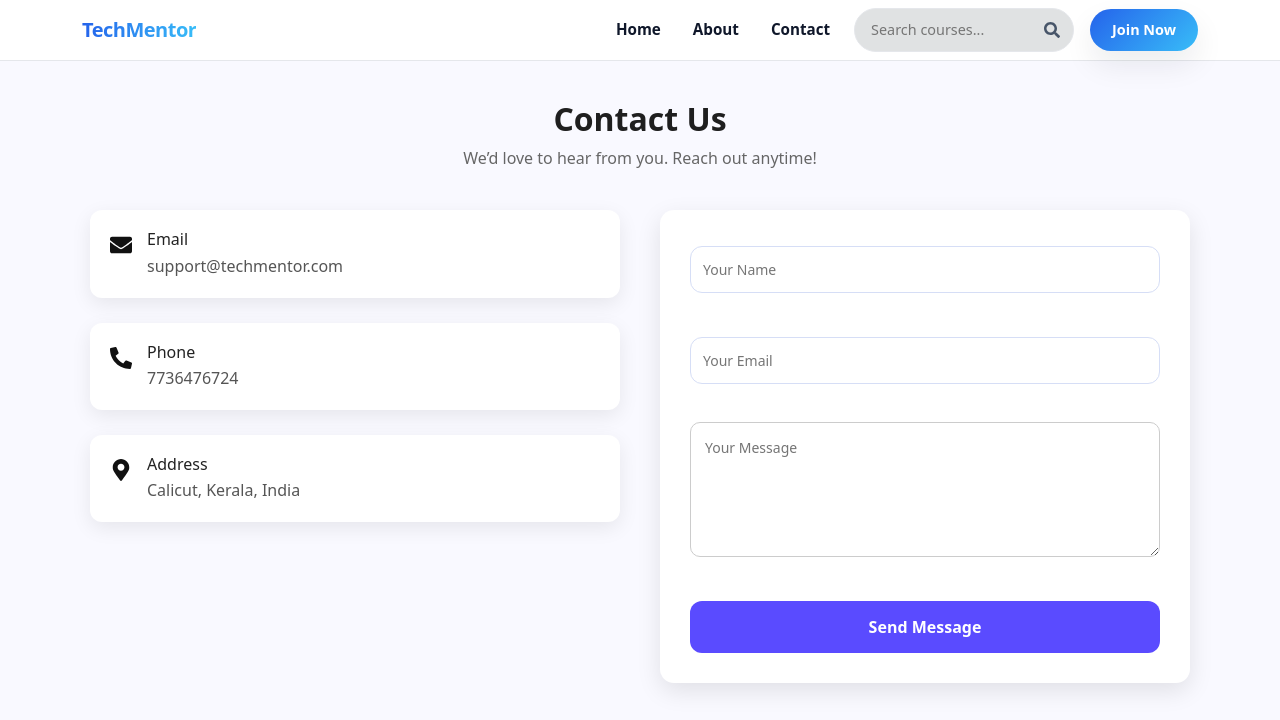
Repository: Aswin74k/project-2
Page: /#/contact
An editor plug-in stored every save of this project. The page is shown before and after the next save, followed by the edit.
The browser window is 1280 px wide. The pictures show the whole page.
The project was rebuilt for these pictures with package versions that can differ from the ones it lists, and the page was loaded fresh each time. Also part of the build but not shown: vite.config.js, src/project/Home.jsx, src/project/Course.jsx, src/project/About.css, src/project/About.jsx, src/project/Enroll.jsx, src/project/ProtectedRoute.jsx.

Above is the page before, as saved 2026-01-06 20:48:09.

### src/main.jsx
import React from "react";
import ReactDOM from "react-dom/client";
import { HashRouter } from "react-router-dom";   // ✅ CHANGE HERE
import App from "./project/App";
import { AuthProvider } from "./context/AuthContext";
import "bootstrap/dist/css/bootstrap.min.css";

ReactDOM.createRoot(document.getElementById("root")).render(
  <React.StrictMode>
    <HashRouter>
      <AuthProvider>
        <App />
      </AuthProvider>
    </HashRouter>
  </React.StrictMode>
);

### src/project/App.jsx
import React from "react";
import { Routes, Route, useLocation } from "react-router-dom";
import EduNavbar from "./EduNavbar";

import Home from "./Home";
import Course from "./Course";
import About from "./About";
import Contact from "./Contact";
import Enroll from "./Enroll";

import ProtectedRoute from "./ProtectedRoute";

export default function App() {
  const location = useLocation();

  // Pages where Navbar should NOT appear
  const hideNavbarRoutes = ["/enroll"];

  const shouldHideNavbar = hideNavbarRoutes.includes(location.pathname);

  return (
    <>
      {/* Navbar */}
      {!shouldHideNavbar && <EduNavbar />}

      <Routes>
        {/* PUBLIC ROUTES */}
        <Route path="/" element={<Home />} />
        <Route path="/courses/:id" element={<Course />} />
        <Route path="/about" element={<About />} />
        <Route path="/contact" element={<Contact />} />

        {/* PROTECTED ROUTE */}
        <Route
          path="/enroll"
          element={
            <ProtectedRoute>
              <Enroll />
            </ProtectedRoute>
          }
        />
      </Routes>
    </>
  );
}

### src/context/AuthContext.jsx
import { createContext, useContext, useState, useEffect } from "react";

const AuthContext = createContext();

export function AuthProvider({ children }) {
  const [user, setUser] = useState(null);
  const [loading, setLoading] = useState(true);

  useEffect(() => {
    const savedUser = JSON.parse(
      localStorage.getItem("loggedInUser")
    );
    if (savedUser) setUser(savedUser);
    setLoading(false);
  }, []);

  const login = (email, password) => {
    const users =
      JSON.parse(localStorage.getItem("registeredUsers")) || [];

    const foundUser = users.find(
      (u) => u.email === email && u.password === password
    );

    if (!foundUser) {
      return { success: false, message: "Invalid email or password" };
    }

    localStorage.setItem(
      "loggedInUser",
      JSON.stringify(foundUser)
    );
    setUser(foundUser);

    return {
      success: true,
      message: `Welcome back, ${foundUser.firstName}`,
    };
  };

  const signup = (data) => {
    const users =
      JSON.parse(localStorage.getItem("registeredUsers")) || [];

    if (users.some((u) => u.email === data.email)) {
      return {
        success: false,
        message: "User already exists with this email!",
      };
    }

    users.push(data);
    localStorage.setItem(
      "registeredUsers",
      JSON.stringify(users)
    );

    localStorage.setItem(
      "loggedInUser",
      JSON.stringify(data)
    );
    setUser(data);

    return {
      success: true,
      message: "Account created successfully",
    };
  };

  const logout = () => {
    localStorage.removeItem("loggedInUser");
    setUser(null);
  };

  return (
    <AuthContext.Provider
      value={{ user, login, signup, logout, loading }}
    >
      {children}
    </AuthContext.Provider>
  );
}

export const useAuth = () => useContext(AuthContext);

### src/project/Contact.jsx
import React, { useState } from "react";
import { useForm } from "react-hook-form";
import emailjs from "emailjs-com";
import { FaEnvelope, FaPhoneAlt, FaMapMarkerAlt } from "react-icons/fa";
import "./contact.css";

export default function Contact() {
  const [status, setStatus] = useState("");
  const [statusType, setStatusType] = useState("");

  const {
    register,
    handleSubmit,
    reset,
    formState: { errors, isSubmitting },
  } = useForm({
    mode: "onBlur",
  });

  const onSubmit = async (data) => {
    setStatus("");
    setStatusType("");

    try {
      await emailjs.send(
        "service_31jicom",
        "template_7uyno6u",
        data,
        "sTTzV7QdAk2Jx3lZL"
      );

      setStatus("Message sent successfully!");
      setStatusType("success");
      reset();
    } catch (err) {
      setStatus("Failed to send message. Please try again.");
      setStatusType("error");
    }

    setTimeout(() => {
      setStatus("");
      setStatusType("");
    }, 3000);
  };

  return (
    <div className="contact-page">
      <h2 className="contact-title">Contact Us</h2>
      <p className="contact-subtitle">
        We’d love to hear from you. Reach out anytime!
      </p>

      <div className="contact-container">
        {/* LEFT INFO */}
        <div className="contact-info">
          <div className="info-box">
            <FaEnvelope />
            <div>
              <h4>Email</h4>
              <p>support@techmentor.com</p>
            </div>
          </div>

          <div className="info-box">
            <FaPhoneAlt />
            <div>
              <h4>Phone</h4>
              <p>7736476724</p>
            </div>
          </div>

          <div className="info-box">
            <FaMapMarkerAlt />
            <div>
              <h4>Address</h4>
              <p>Calicut, Kerala, India</p>
            </div>
          </div>
        </div>

        {/* FORM */}
        <form className="contact-form" onSubmit={handleSubmit(onSubmit)} noValidate>

          {/* NAME */}
          <div className="form-group">
            <input
              type="text"
              placeholder="Your Name"
              className={errors.name ? "error" : ""}
              {...register("name", {
                required: "Name is required",
                minLength: {
                  value: 3,
                  message: "Name must be at least 3 characters",
                },
                pattern: {
                  value: /^[A-Za-z ]+$/,
                  message: "Only letters allowed",
                },
              })}
            />

            <span className="field-error">
              {errors.name?.message || ""}
            </span>
          </div>

          <div className="form-group">
            <input
              type="email"
              placeholder="Your Email"
              className={errors.email ? "error" : ""}
              {...register("email", {
                required: "Email is required",
                pattern: {
                  value: /^[^\s@]+@[^\s@]+\.[^\s@]+$/,
                  message: "Enter a valid email",
                },
              })}
            />

            <span className="field-error">
              {errors.email?.message || ""}
            </span>
          </div>

          <div className="form-group">
            <textarea
              rows="5"
              placeholder="Your Message"
              className={errors.message ? "error" : ""}
              {...register("message", {
                required: "Message cannot be empty",
                minLength: {
                  value: 10,
                  message: "Minimum 10 characters required",
                },
              })}
            />

            <span className="field-error">
              {errors.message?.message || ""}
            </span>
          </div>

          <button type="submit" disabled={isSubmitting}>
            {isSubmitting ? "Sending..." : "Send Message"}
          </button>

          {status && (
            <p className={`status-msg ${statusType}`}>{status}</p>
          )}
        </form>
      </div>
    </div>
  );
}

### src/project/course.css
.course-container {
  font-family: "Poppins", sans-serif;
  background: #f4f7ff;
}

/* HERO */
.course-header {
  background: linear-gradient(135deg, #0d6efd, #002f8f);
  padding: 90px 20px;
  border-radius: 0 0 40px 40px;
  color: #fff;
}

.course-hero {
  max-width: 1100px;
  margin: auto;
  text-align: center;
}

.course-title {
  font-size: 52px;
  font-weight: 800;
}

.course-subtitle {
  font-size: 20px;
  margin: 16px auto;
  max-width: 700px;
}

.course-trust {
  font-size: 15px;
  opacity: 0.9;
  margin-bottom: 35px;
}

.course-stats {
  display: flex;
  justify-content: center;
  gap: 30px;
  flex-wrap: wrap;
}

.course-stats div {
  background: rgba(255,255,255,0.15);
  padding: 18px 26px;
  border-radius: 16px;
}

/* CONTENT */
.course-content {
  max-width: 1100px;
  margin: 60px auto;
  padding: 0 20px;
  display: flex;
  flex-direction: column;
  gap: 35px;
}

.info-box,
.syllabus-box,
.career-box {
  background: #fff;
  padding: 32px;
  border-radius: 22px;
  box-shadow: 0 10px 30px rgba(0,0,0,0.08);
}

.info-box h3,
.syllabus-box h3,
.career-box h3 {
  color: #0d6efd;
  font-size: 26px;
  margin-bottom: 16px;
}

.why-course {
  background: linear-gradient(135deg, #eef4ff, #fff);
  padding: 32px;
  border-radius: 22px;
}

.why-grid {
  display: grid;
  grid-template-columns: repeat(auto-fit, minmax(220px,1fr));
  gap: 16px;
}

.why-grid div {
  background: #fff;
  padding: 18px;
  border-radius: 14px;
  box-shadow: 0 8px 20px rgba(0,0,0,0.06);
}

.syllabus-box li {
  position: relative;
  padding-left: 26px;
  margin-bottom: 12px;
}

.syllabus-box li::before {
  content: "✔";
  position: absolute;
  left: 0;
  color: #0d6efd;
}

.career-tags {
  display: flex;
  flex-wrap: wrap;
  gap: 12px;
}

.career-tags span {
  background: #eef4ff;
  padding: 10px 16px;
  border-radius: 20px;
  font-size: 14px;
}

/* ENROLL */
.enroll-card {
  background: #fff;
  padding: 30px;
  border-radius: 22px;
  box-shadow: 0 14px 40px rgba(0,0,0,0.12);
  max-width: 480px;
}

.enroll-details {
  display: flex;
  justify-content: space-between;
}

.enroll-main-btn {
  width: 50%;
  padding: 14px;
  margin-top: 18px;
  background: linear-gradient(135deg, #0d6efd, #0047c2);
  border: none;
  border-radius: 14px;
  color: #fff;
  font-weight: 600;
  cursor: pointer;
}

.enroll-main-btn:hover {
  transform: translateY(-3px);
  box-shadow: 0 12px 30px rgba(13,110,253,0.4);
}

@media (min-width: 992px) {
  .enroll-card {
    position: sticky;
    top: 120px;
  }
}

.not-found {
  text-align: center;
  margin: 100px 0;
}

### src/project/contact.css
/* =====================================================
   GLOBAL RESET & SAFETY
===================================================== */
* {
  box-sizing: border-box;
}

html,
body {
  width: 100%;
  overflow-x: hidden;
  margin: 0;
  padding: 0;
}

/* =====================================================
   PAGE WRAPPER
   - Avoid unnecessary vertical scroll
===================================================== */
.contact-page {
  padding: 100px 20px 60px;
  background: #f9f9ff;
  min-height: calc(100vh - 160px); /* 100 + 60 padding fix */
  width: 100%;
}

/* =====================================================
   PAGE TITLE
===================================================== */
.contact-title {
  text-align: center;
  font-size: 32px;
  font-weight: 700;
  color: #1f1f1f;
}

.contact-subtitle {
  text-align: center;
  color: #666;
  margin-bottom: 40px;
}

/* =====================================================
   MAIN LAYOUT
===================================================== */
.contact-container {
  max-width: 1100px;
  margin: auto;
  display: grid;
  grid-template-columns: 1fr 1fr;
  gap: 40px;
  width: 100%;
}

/* =====================================================
   LEFT INFO SECTION
===================================================== */
.contact-info {
  display: flex;
  flex-direction: column;
  gap: 25px;
}

.info-box {
  display: flex;
  gap: 15px;
  background: #ffffff;
  padding: 20px;
  border-radius: 12px;
  box-shadow: 0 6px 20px rgba(0, 0, 0, 0.08);
}

.info-box svg {
  font-size: 22px;
  color: #111;
  margin-top: 4px;
}

.info-box h4 {
  margin: 0;
  font-size: 16px;
  color: #222;
}

.info-box p {
  margin: 4px 0 0;
  color: #555;
}

/* =====================================================
   FORM CARD
===================================================== */
.contact-form {
  background: #ffffff;
  padding: 30px;
  border-radius: 14px;
  box-shadow: 0 8px 25px rgba(0, 0, 0, 0.1);
  display: flex;
  flex-direction: column;
  gap: 10px; /* controlled spacing */
  width: 100%;
}

/* =====================================================
   FORM GROUP (INPUT + ERROR)
===================================================== */
.form-group {
  display: flex;
  flex-direction: column;
  margin-bottom: 6px;
}

/* =====================================================
   INPUTS & TEXTAREA
===================================================== */
.contact-form input,
.contact-form textarea {
  padding: 14px;
  border-radius: 10px;
  border: 1.5px solid #ccc;
  outline: none;
  font-size: 14px;
  width: 100%;
  transition: 0.25s ease;
}

.contact-form input:focus,
.contact-form textarea:focus {
  border-color: #5a4bff;
  box-shadow: 0 0 0 3px rgba(90, 75, 255, 0.15);
}

/* =====================================================
   ERROR INPUT STATE
===================================================== */
.contact-form input.error,
.contact-form textarea.error {
  border-color: #dc2626;
}

/* =====================================================
   ERROR MESSAGE (NO JUMP FIX)
===================================================== */
.field-error {
  min-height: 18px; /* IMPORTANT: prevents layout jump */
  margin-top: 6px;
  font-size: 13px;
  font-weight: 500;
  color: #dc2626;
  display: flex;
  align-items: center;
  gap: 6px;
}

/* Show icon only when text exists */
.field-error:empty::before {
  content: "";
}

.field-error::before {
  content: "⚠";
  font-size: 14px;
}

/* =====================================================
   SUBMIT BUTTON
===================================================== */
.contact-form button {
  margin-top: 6px;
  padding: 14px;
  border-radius: 12px;
  border: none;
  background: #5a4bff;
  color: #ffffff;
  font-size: 16px;
  font-weight: 600;
  cursor: pointer;
  transition: 0.3s ease;
}

.contact-form button:hover {
  background: #4338ca;
}

.contact-form button:disabled {
  opacity: 0.7;
  cursor: not-allowed;
}

/* =====================================================
   STATUS MESSAGE
===================================================== */
.status-msg {
  margin-top: 14px;
  padding: 12px 16px;
  border-radius: 10px;
  font-size: 14px;
  font-weight: 600;
  text-align: center;
}

.status-msg.success {
  background: #ecfdf5;
  color: #047857;
  border: 1px solid #a7f3d0;
}

.status-msg.error {
  background: #fef2f2;
  color: #b91c1c;
  border: 1px solid #fecaca;
}

/* =====================================================
   RESPONSIVE (MOBILE)
===================================================== */
@media (max-width: 768px) {
  .contact-container {
    grid-template-columns: 1fr;
  }

  .contact-page {
    padding-top: 80px;
  }
}

### src/project/Enroll.css
* {
  box-sizing: border-box;
}

html,
body {
  height: 100%;
  margin: 0;
  overflow: hidden; /* ✅ PAGE NEVER SCROLL */
  font-family: "Poppins", sans-serif;
}

/* PAGE */
.enroll-page {
  height: 100vh;
  display: flex;
  justify-content: center;
  align-items: center;
  background: radial-gradient(circle at top, #eef3ff, #e6edff);
  padding: 16px;
}

/* CARD */
.enroll-layout {
  width: 100%;
  max-width: 1050px;
  height: 600px;               /* ✅ FIXED HEIGHT */
  display: flex;
  border-radius: 22px;
  overflow: hidden;
  box-shadow: 0 25px 60px rgba(0, 0, 0, 0.15);
  background: #fff;
}

/* LEFT */
.enroll-info {
  flex: 1;
  background: linear-gradient(135deg, #0d6efd, #003fa3);
  color: #fff;
  padding: 42px;
  display: flex;
  flex-direction: column;
  justify-content: center;
}

.enroll-info h2 {
  font-size: 28px;
  margin-bottom: 12px;
}

.course-desc {
  font-size: 15px;
  line-height: 1.6;
}

.duration-box {
  margin-top: 22px;
  background: rgba(255, 255, 255, 0.15);
  padding: 14px;
  border-radius: 12px;
}

.secure-note {
  margin-top: 26px;
  font-size: 13px;
}

/* RIGHT */
.enroll-container {
  flex: 1;
  padding: 36px;
  display: flex;
  flex-direction: column;
}

/* TITLE */
.enroll-container h3 {
  text-align: center;
  margin-bottom: 10px;
}

/* ERROR HOLDER (NO JUMP) */
.top-error-holder {
  min-height: 22px;
  margin-bottom: 8px;
}

.top-error-msg {
  text-align: center;
  font-size: 14px;
  color: #dc2626;
  font-weight: 600;
}

/* FORM */


.form-group {
  margin-bottom: 8px;
}

.form-group label {
  font-size: 14px;
  font-weight: 600;
}

.form-group input {
  width: 100%;
  padding: 12px;
  margin-top: 6px;
  border-radius: 12px;
  border: 1.5px solid #d6def6;
}

input.error {
  border-color: #dc2626;
}

/* FIELD ERROR */
.field-error {
  display: block;
  min-height: 16px;
  font-size: 12px;
  margin-top: 4px;
  color: #dc2626;
}

/* BUTTONS */
.enroll-btn {
  width: 100%;
  padding: 14px;
  margin-top: 8px;
  border-radius: 14px;
  border: none;
  background: linear-gradient(135deg, #0d6efd, #0047c2);
  color: #fff;
  font-size: 16px;
  font-weight: 600;
  cursor: pointer;
}

.back-btn {
  margin-top: 10px;
  background: none;
  border: none;
  color: #0d6efd;
  font-weight: 600;
  width: 100%;
  cursor: pointer;
}

/* MODAL */
.modal-overlay {
  position: fixed;
  inset: 0;
  background: rgba(15, 23, 42, 0.55);
  backdrop-filter: blur(6px);
  display: flex;
  justify-content: center;
  align-items: center;
  z-index: 9999;
}

.modal-box {
  background: #fff;
  width: 340px;
  padding: 30px;
  border-radius: 20px;
  text-align: center;
  animation: modalSlide 0.3s ease;
}

.modal-icon-wrapper {
  width: 70px;
  height: 70px;
  margin: auto auto 12px;
  background: linear-gradient(135deg, #22c55e, #16a34a);
  border-radius: 50%;
  display: flex;
  justify-content: center;
  align-items: center;
}

.modal-icon {
  color: #fff;
  font-size: 32px;
}

@keyframes modalSlide {
  from {
    opacity: 0;
    transform: translateY(20px) scale(0.95);
  }
  to {
    opacity: 1;
    transform: translateY(0) scale(1);
  }
}

/* MOBILE */
@media (max-width: 900px) {
  html,
  body {
    overflow: auto;
  }

  .enroll-layout {
    height: auto;
    flex-direction: column;
  }

  form {
    overflow: visible;
  }
}

Loaded but not shown: index.html (common file); src/project/EduNavbar.jsx (379 lines, source omitted); src/project/Navbar.css (516 lines, source omitted); src/project/Home.css (485 lines, source omitted)

After the next save:
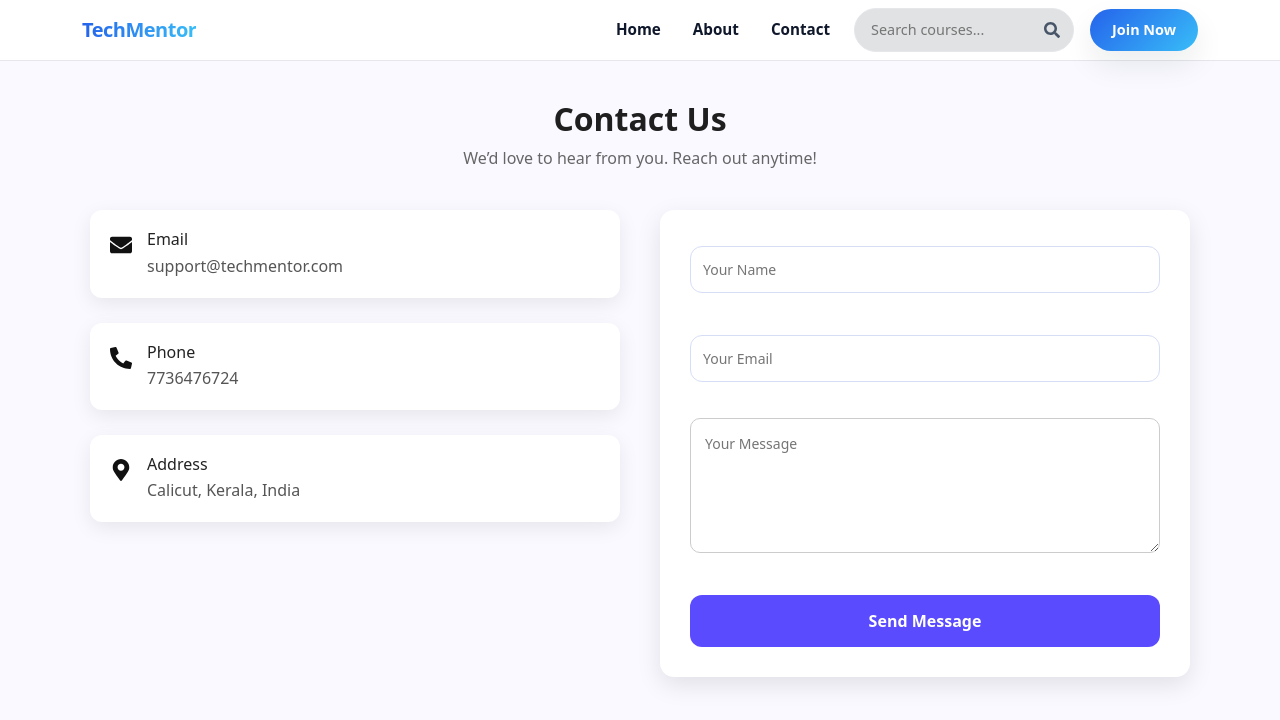
Saved 9 s later.
--- a/src/project/Enroll.css
+++ b/src/project/Enroll.css
@@ -96,7 +96,7 @@ body {
 
 
 .form-group {
-  margin-bottom: 8px;
+  margin-bottom: 6px;
 }
 
 .form-group label {
